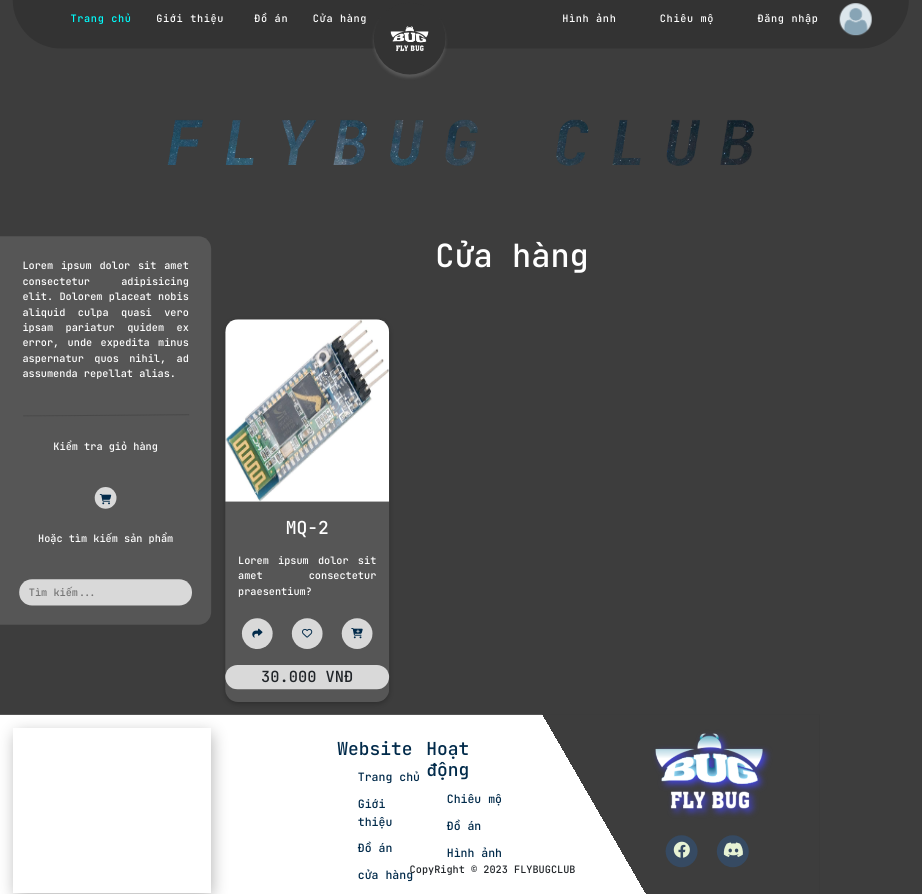
Repository: NQD2308/FlyBugClub_WebApp
Page: PROJECT FLYNUG/html/store.html
An editor plug-in stored every save of this project. The page is shown before and after the next save, followed by the edit.
The browser window is 1280 px wide. The page is 1440 px wide, so the pictures cover 1440 px, including what lies to the right of the window. The pictures show the whole page, at 64% of full size.
Pictures or frames that could not be fetched are drawn as grey boxes.

Above is the page before, as saved 2023-09-18 11:30:50.

After the next save:
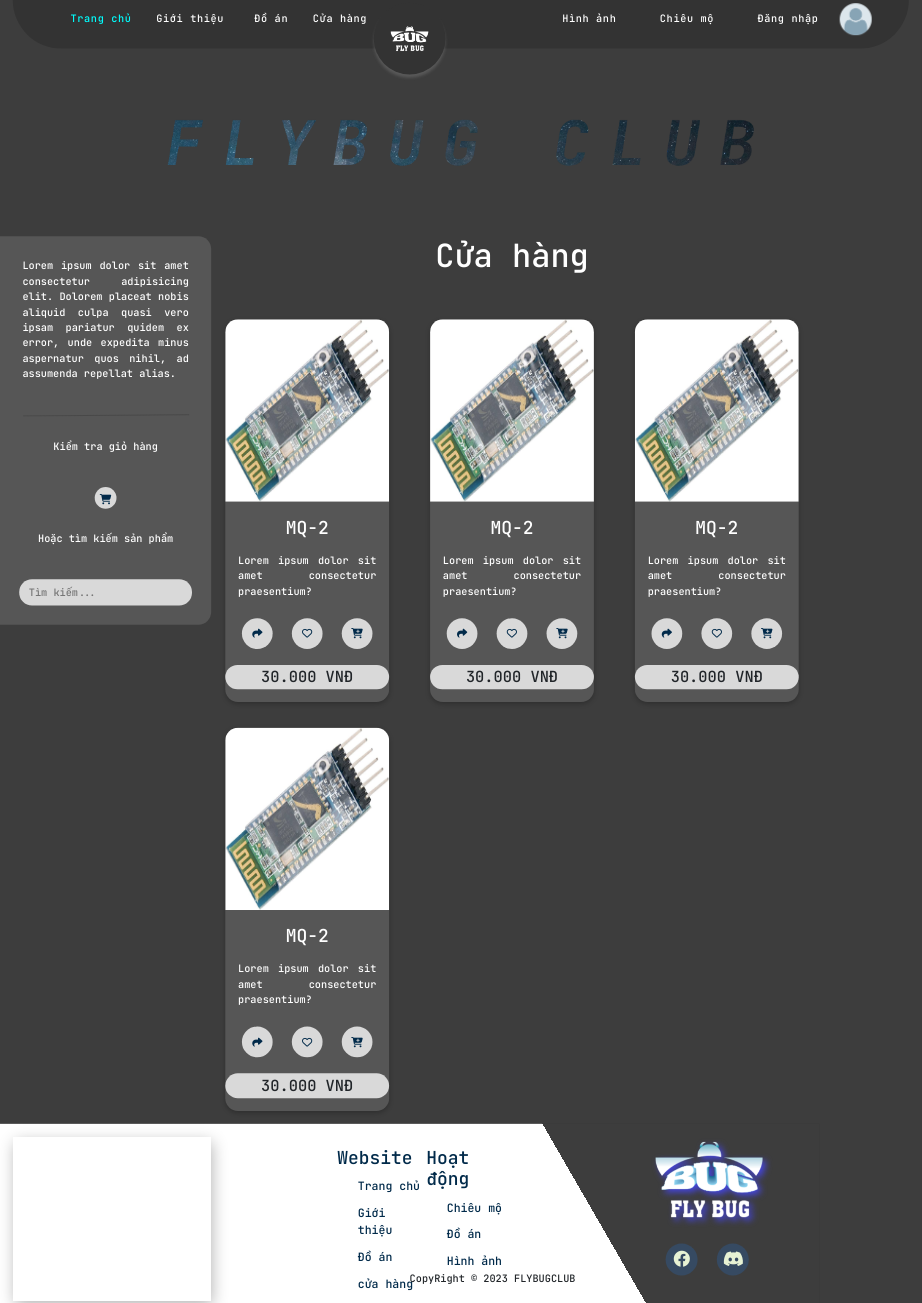
Saved 26 s later.
--- a/PROJECT FLYNUG/html/store.html
+++ b/PROJECT FLYNUG/html/store.html
@@ -118,6 +118,87 @@
                                         </div>
                                     </div>
                                 </div>
+                                <div class="col col-md-4">
+                                    <div class="item-card">
+                                        <img src="../img/bluth.jpg" alt="Photo item store">
+                                        <h3>MQ-2</h3>
+                                        <p>Lorem ipsum dolor sit amet consectetur praesentium?</p>
+                                        <div class="center icon-card">
+                                            <button class="icon icon-share">
+                                                <a href="#">
+                                                    <i class="fa-solid fa-share"></i>
+                                                </a>
+                                            </button>
+                                            <button class="icon icon-love">
+                                                <a href="#">
+                                                    <i class="fa-regular fa-heart"></i>
+                                                </a>
+                                            </button>
+                                            <button class="icon icon-share">
+                                                <a href="#">
+                                                    <i class="fa-solid fa-cart-plus"></i>
+                                                </a>
+                                            </button>
+                                        </div>
+                                        <div class="center item-price">
+                                            <h2>30.000 VNĐ</h2>
+                                        </div>
+                                    </div>
+                                </div>
+                                <div class="col col-md-4">
+                                    <div class="item-card">
+                                        <img src="../img/bluth.jpg" alt="Photo item store">
+                                        <h3>MQ-2</h3>
+                                        <p>Lorem ipsum dolor sit amet consectetur praesentium?</p>
+                                        <div class="center icon-card">
+                                            <button class="icon icon-share">
+                                                <a href="#">
+                                                    <i class="fa-solid fa-share"></i>
+                                                </a>
+                                            </button>
+                                            <button class="icon icon-love">
+                                                <a href="#">
+                                                    <i class="fa-regular fa-heart"></i>
+                                                </a>
+                                            </button>
+                                            <button class="icon icon-share">
+                                                <a href="#">
+                                                    <i class="fa-solid fa-cart-plus"></i>
+                                                </a>
+                                            </button>
+                                        </div>
+                                        <div class="center item-price">
+                                            <h2>30.000 VNĐ</h2>
+                                        </div>
+                                    </div>
+                                </div>
+                                <div class="col col-md-4">
+                                    <div class="item-card">
+                                        <img src="../img/bluth.jpg" alt="Photo item store">
+                                        <h3>MQ-2</h3>
+                                        <p>Lorem ipsum dolor sit amet consectetur praesentium?</p>
+                                        <div class="center icon-card">
+                                            <button class="icon icon-share">
+                                                <a href="#">
+                                                    <i class="fa-solid fa-share"></i>
+                                                </a>
+                                            </button>
+                                            <button class="icon icon-love">
+                                                <a href="#">
+                                                    <i class="fa-regular fa-heart"></i>
+                                                </a>
+                                            </button>
+                                            <button class="icon icon-share">
+                                                <a href="#">
+                                                    <i class="fa-solid fa-cart-plus"></i>
+                                                </a>
+                                            </button>
+                                        </div>
+                                        <div class="center item-price">
+                                            <h2>30.000 VNĐ</h2>
+                                        </div>
+                                    </div>
+                                </div>
                             </div>
                         </div>
                     </div>
